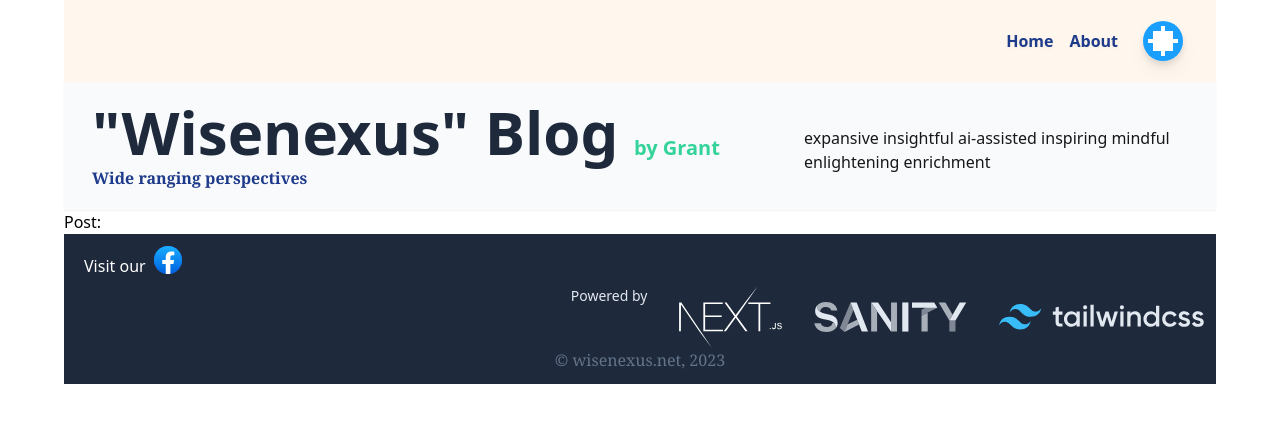
Repository: gpgundersen/sanity3-nextjs13-blog
Page: /post
An editor plug-in stored every save of this project. The page is shown before and after the next save, followed by the edit.
The browser window is 1280 px wide. The pictures show the whole page.
The project was rebuilt for these pictures with package versions that can differ from the ones it lists, and the page was loaded fresh each time. The framework's server and built-in components were replaced by stand-ins that run in the browser. Also part of the build but not shown: next.config.js.

Above is the page before, as saved 2023-02-05 16:55:08.

### app/(user)/layout.tsx
import Header from "../../components/Header"
import Banner from "../../components/Banner"
import Footer from "../../components/Footer"
import "../../styles/globals.css";

export default function RootLayout({
  children,
}: {
  children: React.ReactNode
}): JSX.Element {
  return (
    <html>
      <head />
      <body className="max-w-6xl mx-auto">
        <Header />
        <Banner />
        {children}
        <Footer />
        </body>
    </html>
  )
}

### app/(user)/post/page.tsx
import { client } from "../../../lib/sanity.client"

type Props = {
    params: {
        slug: string;
    };
};

function Post({params:
    { slug } }: Props) {
        return <div>Post: {slug}</div>;
    }


export default Post;

### components/Header.tsx
import NexusLogo from "./NexusLogo"
import Link from "next/link"

function Header() {
    return (
        <header className="flex items-center justify-end space-x-1 font-bold px-7 py-4 bg-orange-50">
            <div className="flex items-center justify-end space-x-4 mx-4 text-blue-900 drop-shadow-sm">
            <div className="hover:text-blue-500"><Link href="/">Home</Link></div>
            <div className="hover:text-blue-500"><Link href="/about/wise-phil">About</Link></div>
            </div>
            <div className="drop-shadow-lg">
               <NexusLogo />
            </div>
        </header>
    )
}

export default Header

### components/Banner.tsx
function Banner() {
    return <div className="flex items-center justify-between space-x-1 font-bold px-7 py-5 bg-slate-50 shadow-sm">
        <div >
            <h1 className="text-6xl text-slate-800">"Wisenexus" Blog <span className=" text-xl text-emerald-400">by Grant</span></h1>
            <h2 className="mt-4 md:mt-1 text-blue-900 font-serif">Wide ranging perspectives</h2>
        </div>
        <p className="mt-5 md:mt-2 max-w-sm text-neutral-900 font-thin">expansive insightful ai-assisted inspiring mindful enlightening enrichment</p>
        </div>

}

export default Banner

### components/Footer.tsx
import FbIcon from "./FbIcon"
import NextJsIcon from "./NextJsIcon"
import SanityIcon from "./SanityIcon"
import TailwindIcon from "./TailwindIcon"

function Footer() {
    return <div className="bg-slate-800 text-slate-200">
      <div className="container p-3">
        <div className="flex justify-start">
            <p className="text-white m-2 font-light">Visit our</p><FbIcon />
        </div>
        <div className="flex justify-end space-x-8">
          <p className="text-sm">Powered by</p><NextJsIcon /><SanityIcon /><TailwindIcon /></div>
       <h6 className="font-serif text-slate-500 text-center">© wisenexus.net, 2023</h6>
      </div>
    </div>
}

export default Footer

### components/NexusLogo.tsx
function NexusLogo(props: any) {
    const {renderDefault, title} = props;
    return <div className="flex items-center space-x-2">
        <svg width="50" height="50" viewBox="0 0 50 50">
            <circle cx="25" cy="25" r="20" fill="#1B9FFF"/>
            <rect x="15" y="15" width="20" height="20" fill="white"/>
            <path d="M 25 10 L 25 40" stroke="white" strokeWidth="4"/>
            <path d="M 10 25 L 40 25" stroke="white" strokeWidth="4"/>
        </svg>
        {renderDefault && <>{renderDefault(props)}</>}
    </div>;
}

export default NexusLogo

### components/FbIcon.tsx
function FbIcon() {
    return <button className="bg-blue-600 rounded-full w-7 h-full">
      <a target="_blank" href="https://www.facebook.com/wise.nexus" rel="noopener noreferrer">
        <svg className="fill-white" xmlns="http://www.w3.org/2000/svg" viewBox="0 0 40 40">
          <linearGradient xmlns="http://www.w3.org/2000/svg" id="a" x1="-277.375" x2="-277.375" y1="406.6018" y2="407.5726" gradientTransform="matrix(40 0 0 -39.7778 11115.001 16212.334)" gradientUnits="userSpaceOnUse">
            <stop offset="0" stopColor="#0062e0"/>
            <stop offset="1" stopColor="#19afff"/>
          </linearGradient>
            <path xmlns="http://www.w3.org/2000/svg" fill="url(#a)" d="M16.7 39.8C7.2 38.1 0 29.9 0 20 0 9 9 0 20 0s20 9 20 20c0 9.9-7.2 18.1-16.7 19.8l-1.1-.9h-4.4l-1.1.9z"/>
            <path xmlns="http://www.w3.org/2000/svg" fill="#fff" d="m27.8 25.6.9-5.6h-5.3v-3.9c0-1.6.6-2.8 3-2.8H29V8.2c-1.4-.2-3-.4-4.4-.4-4.6 0-7.8 2.8-7.8 7.8V20h-5v5.6h5v14.1c1.1.2 2.2.3 3.3.3 1.1 0 2.2-.1 3.3-.3V25.6h4.4z"/>
        </svg>
      </a>
    </button>
}

export default FbIcon

### components/NextJsIcon.tsx
function NextJsIcon() {
    return <button className="">
        <a target="_blank" href="https://nextjs.org/" rel="noopener noreferrer">
            <svg xmlns="http://www.w3.org/2000/svg" width="103px" height="62px" viewBox="0 0 207 124" fill="white">
            <path d="M48.9421964,32.6320058 L87.9011585,32.6320058 L87.9011585,35.7136421 L52.5134345,35.7136421 L52.5134345,58.9070103 L85.7908813,58.9070103 L85.7908813,61.9886466 L52.5134345,61.9886466 L52.5134345,87.4526941 L88.306981,87.4526941 L88.306981,90.5343303 L48.9421964,90.5343303 L48.9421964,32.6320058 Z M91.3912326,32.6320058 L95.5306221,32.6320058 L113.8738,58.0960534 L132.622801,32.6320058 L158.124498,0.286809811 L116.22757,60.7722112 L137.817329,90.5343303 L133.51561,90.5343303 L113.8738,63.4483691 L94.1508254,90.5343303 L89.9302715,90.5343303 L111.682358,60.7722112 L91.3912326,32.6320058 Z M139.359455,35.713642 L139.359455,32.6320058 L183.756439,32.6320058 L183.756439,35.7136421 L163.302983,35.7136421 L163.302983,90.5343303 L159.731745,90.5343303 L159.731745,35.7136421 L139.359455,35.713642 Z"/>
            <polygon points="0.202923647 32.6320058 4.66697141 32.6320058 66.2235778 124.303087 40.785176 90.5343303 3.93649086 37.0111732 3.77416185 90.5343303 0.202923647 90.5343303"/>
            <path d="M183.396622,86.5227221 C184.134938,86.5227221 184.673474,85.9601075 184.673474,85.233037 C184.673474,84.5059658 184.134938,83.9433513 183.396622,83.9433513 C182.666993,83.9433513 182.11977,84.5059658 182.11977,85.233037 C182.11977,85.9601075 182.666993,86.5227221 183.396622,86.5227221 Z M186.905793,83.1297235 C186.905793,85.2763149 188.460599,86.678523 190.727662,86.678523 C193.142388,86.678523 194.601647,85.233037 194.601647,82.7229099 L194.601647,73.8855335 L192.655968,73.8855335 L192.655968,82.7142542 C192.655968,84.1078073 191.952397,84.8521899 190.710289,84.8521899 C189.598473,84.8521899 188.842785,84.1597409 188.816727,83.1297235 L186.905793,83.1297235 Z M197.146664,83.0172011 C197.285642,85.2503478 199.153145,86.678523 201.932686,86.678523 C204.903321,86.678523 206.762139,85.1811034 206.762139,82.792155 C206.762139,80.9138876 205.702439,79.8752151 203.131364,79.2779777 L201.750279,78.9404092 C200.117298,78.5595622 199.457158,78.0488813 199.457158,77.1573541 C199.457158,76.0321243 200.482113,75.296398 202.019547,75.296398 C203.478806,75.296398 204.48639,76.0148135 204.668797,77.1660091 L206.562359,77.1660091 C206.44944,75.0626962 204.590622,73.5825873 202.045605,73.5825873 C199.309495,73.5825873 197.48542,75.0626962 197.48542,77.2871878 C197.48542,79.1221767 198.519063,80.2127835 200.786126,80.7407758 L202.401734,81.1302779 C204.060773,81.5197807 204.790402,82.091051 204.790402,83.0431676 C204.790402,84.1510859 203.643842,84.9560573 202.08035,84.9560573 C200.403939,84.9560573 199.240006,84.2030196 199.074971,83.0172011 L197.146664,83.0172011 Z"/>
            </svg>
        </a>
    </button>
}

export default NextJsIcon

### components/SanityIcon.tsx
function SanityIcon () {
    return <button className="">
        <a target="_blank" href="https://www.sanity.io/" rel="noopener noreferrer">
        <svg viewBox="0 0 105 22" fill="none" xmlns="http://www.w3.org/2000/svg" height="2em">
            <path opacity="0.7" d="M78.1793 7.99261V21.0028H73.9031V10.2138L78.1793 7.99261Z" fill="currentColor"></path>
            <path opacity="0.7" d="M20.9511 21.33L30.944 16.1051L29.7121 12.9141L23.1332 15.9821L20.9511 21.33Z" fill="currentColor"></path>
            <path opacity="0.5" d="M73.9031 10.2027L84.7443 4.65477L82.9126 1.5571L73.9031 5.95997V10.2027Z" fill="currentColor"></path>
            <path opacity="0.7" d="M43.3705 6.96233V21.0028H39.2927V1.00714L43.3705 6.96233Z" fill="currentColor"></path>
            <path opacity="0.5" d="M27.1299 6.18617L20.9511 21.33L17.7731 18.5943L25.1353 1.00714L27.1299 6.18617Z" fill="currentColor"></path>
            <path d="M25.1353 1.00714H29.3477L37.1386 21.0028H32.8269L25.1353 1.00714Z" fill="currentColor"></path>
            <path d="M44.0012 1.00714L52.9824 14.6682V21.0028L39.2927 1.00714H44.0012Z" fill="currentColor"></path>
            <path d="M64.9183 1.00714H60.6739V21.0063H64.9183V1.00714Z" fill="currentColor"></path>
            <path d="M73.9031 4.65474H67.37V1.00714H82.5867L84.7443 4.65474H78.1793H73.9031Z" fill="currentColor"></path>
            <path opacity="0.5" d="M97.2754 13.4153V21.0028H93.0629V13.4153" fill="currentColor"></path>
            <path d="M93.0629 13.4152L100.191 1.00714H104.666L97.2754 13.4152H93.0629Z" fill="currentColor"></path>
            <path opacity="0.7" d="M93.063 13.4152L85.7363 1.00714H90.3456L95.3092 9.51008L93.063 13.4152Z" fill="currentColor"></path>
            <path d="M1.96126 3.31479C1.96126 6.09921 3.71145 7.75595 7.21536 8.62956L10.9283 9.47533C14.2444 10.2236 16.2639 12.0822 16.2639 15.1103C16.2897 16.4295 15.8531 17.7173 15.0274 18.7579C15.0274 15.7368 13.4367 14.1044 9.59972 13.1229L5.95409 12.3085C3.03475 11.6541 0.781478 10.1262 0.781478 6.83709C0.766123 5.56693 1.18116 4.32781 1.96126 3.31479" fill="currentColor"></path>
            <path opacity="0.7" d="M52.9824 13.6415V1.00714H57.0602V21.0028H52.9824V13.6415Z" fill="currentColor"></path>
            <path opacity="0.7" d="M12.7458 14.3689C14.3294 15.3643 15.0238 16.7565 15.0238 18.7544C13.713 20.4041 11.4101 21.33 8.70333 21.33C4.14718 21.33 0.958577 19.1268 0.25 15.2982H4.62547C5.18878 17.0559 6.68034 17.8703 8.67144 17.8703C11.1019 17.8703 12.7174 16.5964 12.7493 14.3619" fill="currentColor"></path>
            <path opacity="0.7" d="M4.23567 7.44267C3.5125 7.02045 2.9192 6.41375 2.51873 5.68697C2.11827 4.96019 1.92558 4.14045 1.96113 3.31476C3.22594 1.67891 5.42608 0.679993 8.10804 0.679993C12.7492 0.679993 15.4347 3.08852 16.0972 6.47856H11.8883C11.4242 5.14203 10.2621 4.10136 8.14347 4.10136C5.87957 4.10136 4.33487 5.39611 4.24629 7.44267" fill="currentColor"></path>
        </svg>
        </a>
    </button>
}

export default SanityIcon

### components/TailwindIcon.tsx
function TailwindIcon() {
    return <button className="">
        <a target="_blank" href="https://tailwindcss.com/" rel="noopener noreferrer">
            <svg xmlns="http://www.w3.org/2000/svg" width="204.8" height="25.6" viewBox="0 0 512 64">
                <path d="M52.898 0C38.792 0 29.976 7.053 26.45 21.16c5.29-7.054 11.462-9.699 18.515-7.935 4.024 1.005 6.9 3.926 10.084 7.157 5.186 5.264 11.189 11.357 24.3 11.357 14.106 0 22.922-7.053 26.449-21.16-5.29 7.054-11.462 9.699-18.515 7.935-4.024-1.005-6.9-3.926-10.084-7.157C72.012 6.093 66.01 0 52.898 0zM26.45 31.739c-14.106 0-22.922 7.053-26.449 21.16 5.29-7.054 11.461-9.699 18.514-7.935 4.025 1.007 6.9 3.926 10.084 7.157 5.186 5.264 11.19 11.357 24.3 11.357 14.107 0 22.923-7.053 26.45-21.16-5.29 7.054-11.462 9.699-18.515 7.935-4.024-1.005-6.9-3.926-10.084-7.156-5.186-5.265-11.189-11.358-24.3-11.358z" fill="#38bdf8"/>
                <path d="M158.687 26.747h-9.231v17.868c0 4.765 3.126 4.69 9.231 4.392v7.222c-12.358 1.489-17.272-1.936-17.272-11.614V26.747h-6.85v-7.743h6.85v-10l8.04-2.382v12.382h9.232zm35.192-7.743h8.04V56.23h-8.04v-5.36c-2.83 3.945-7.222 6.328-13.03 6.328-10.124 0-18.537-8.562-18.537-19.58 0-11.093 8.413-19.58 18.538-19.58 5.807 0 10.2 2.382 13.029 6.253zM182.115 49.53c6.7 0 11.764-4.989 11.764-11.912s-5.063-11.912-11.764-11.912-11.763 4.988-11.763 11.912 5.063 11.912 11.763 11.912zm33.205-36.11c-2.83 0-5.137-2.383-5.137-5.138a5.147 5.147 0 0 1 5.137-5.137 5.147 5.147 0 0 1 5.137 5.137c0 2.755-2.308 5.138-5.137 5.138zm-4.02 42.808V19.004h8.04V56.23zm17.346 0V1.881h8.041v54.348zm60.23-37.225h8.487L285.675 56.23h-7.892l-7.743-25.09-7.817 25.09h-7.891l-11.689-37.225h8.487l7.222 25.685 7.817-25.685h7.668l7.743 25.685zm18.464-5.583c-2.83 0-5.137-2.383-5.137-5.138a5.147 5.147 0 0 1 5.137-5.137 5.147 5.147 0 0 1 5.137 5.137c0 2.755-2.308 5.138-5.137 5.138zm-4.02 42.808V19.004h8.04V56.23zm36.926-38.193c8.339 0 14.295 5.659 14.295 15.337v22.856h-8.04V34.192c0-5.658-3.277-8.636-8.34-8.636-5.285 0-9.454 3.127-9.454 10.72V56.23h-8.04V19.004h8.04v4.765c2.457-3.871 6.477-5.733 11.54-5.733zM392.66 4.114h8.04V56.23h-8.04v-5.36c-2.83 3.945-7.222 6.328-13.029 6.328-10.125 0-18.538-8.562-18.538-19.58 0-11.093 8.413-19.58 18.538-19.58 5.807 0 10.2 2.382 13.029 6.253zM380.896 49.53c6.7 0 11.763-4.989 11.763-11.912s-5.063-11.912-11.763-11.912-11.763 4.988-11.763 11.912 5.062 11.912 11.763 11.912zm46.754 7.668c-11.242 0-19.654-8.562-19.654-19.58 0-11.093 8.412-19.58 19.654-19.58 7.296 0 13.625 3.796 16.603 9.603l-6.924 4.02c-1.638-3.498-5.286-5.732-9.753-5.732-6.552 0-11.54 4.988-11.54 11.689s4.988 11.688 11.54 11.688c4.467 0 8.115-2.308 9.902-5.732l6.923 3.945c-3.126 5.882-9.455 9.679-16.75 9.679zm30.003-27.919c0 6.775 20.027 2.68 20.027 16.454 0 7.445-6.477 11.465-14.517 11.465-7.445 0-12.806-3.35-15.188-8.71l6.924-4.021c1.191 3.35 4.169 5.36 8.264 5.36 3.573 0 6.328-1.19 6.328-4.169 0-6.626-20.027-2.903-20.027-16.23 0-6.998 6.03-11.39 13.624-11.39 6.105 0 11.168 2.828 13.773 7.742l-6.774 3.797c-1.34-2.903-3.946-4.244-6.999-4.244-2.903 0-5.435 1.266-5.435 3.946zm34.322 0c0 6.775 20.027 2.68 20.027 16.454 0 7.445-6.477 11.465-14.518 11.465-7.445 0-12.805-3.35-15.188-8.71l6.924-4.021c1.191 3.35 4.17 5.36 8.264 5.36 3.574 0 6.328-1.19 6.328-4.169 0-6.626-20.027-2.903-20.027-16.23 0-6.998 6.03-11.39 13.625-11.39 6.104 0 11.167 2.828 13.773 7.742l-6.775 3.797c-1.34-2.903-3.946-4.244-6.998-4.244-2.904 0-5.435 1.266-5.435 3.946z" fill="currentColor"/>
            </svg>
        </a>
    </button>
}

export default TailwindIcon

Loaded but not shown: styles/globals.css (common file); tailwind.config.js (common file)

After the next save:
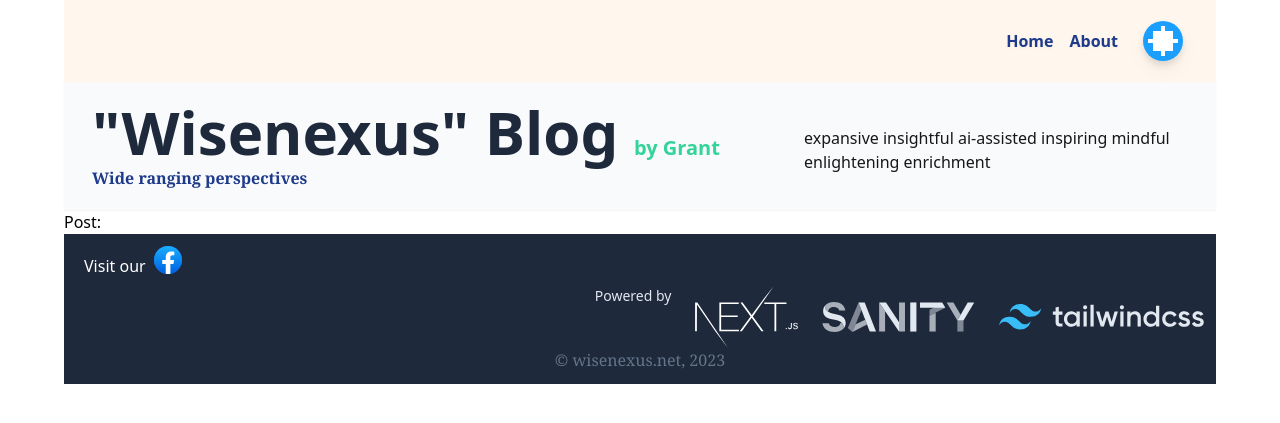
Saved 34 s later.
--- a/components/Footer.tsx
+++ b/components/Footer.tsx
@@ -9,7 +9,7 @@
         <div className="flex justify-start">
             <p className="text-white m-2 font-light">Visit our</p><FbIcon />
         </div>
-        <div className="flex justify-end space-x-8">
+        <div className="flex justify-end space-x-6">
           <p className="text-sm">Powered by</p><NextJsIcon /><SanityIcon /><TailwindIcon /></div>
        <h6 className="font-serif text-slate-500 text-center">© wisenexus.net, 2023</h6>
       </div>
